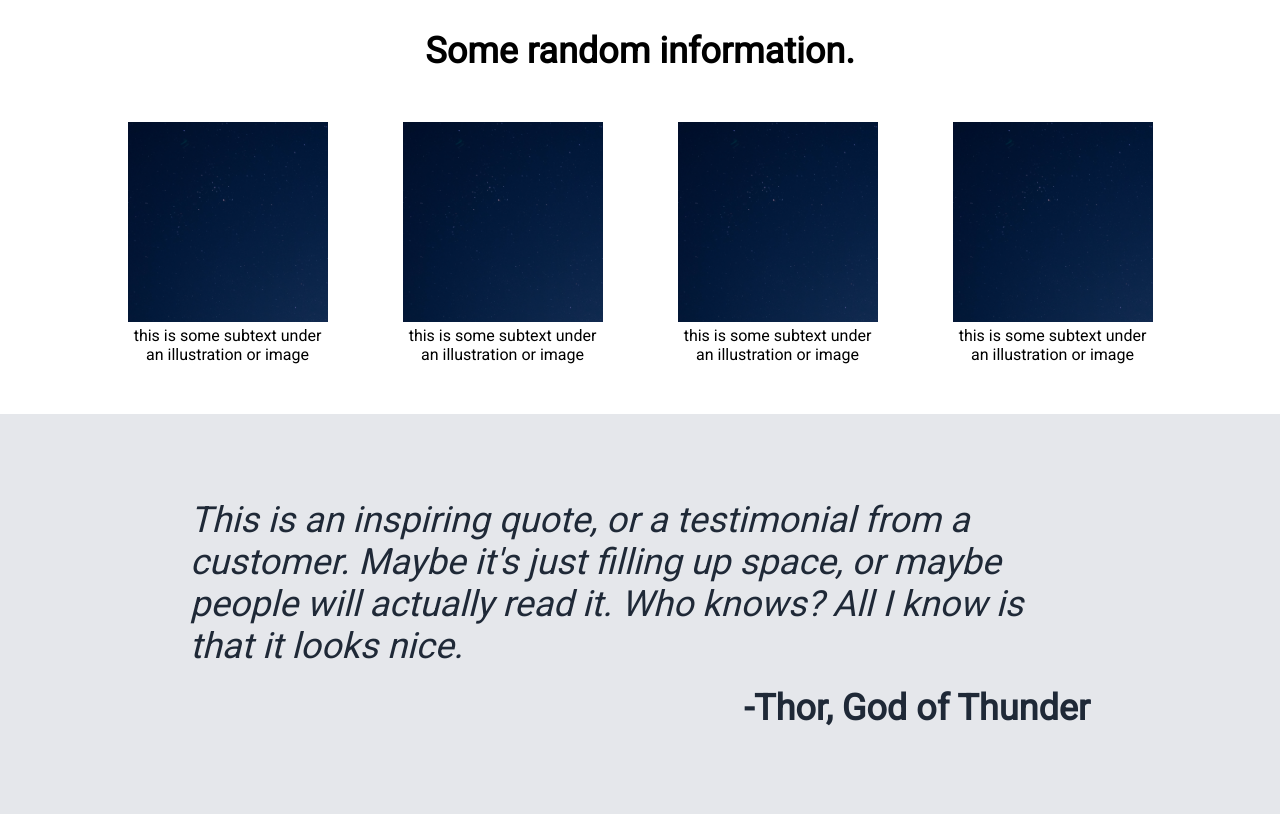
Repository: aaronestre/odin-landingpage
Page: index.html
An editor plug-in stored every save of this project. The page is shown before and after the next save, followed by the edit.
The browser window is 1280 px wide. The pictures show the part of the page from y = 570 to 1384 px (the page is 1384 px tall).
A picture or video elsewhere on the page could not be fetched, so the positions and the page height are approximate.

Above is the page before, as saved 2025-02-12 20:25:41.

After the next save:
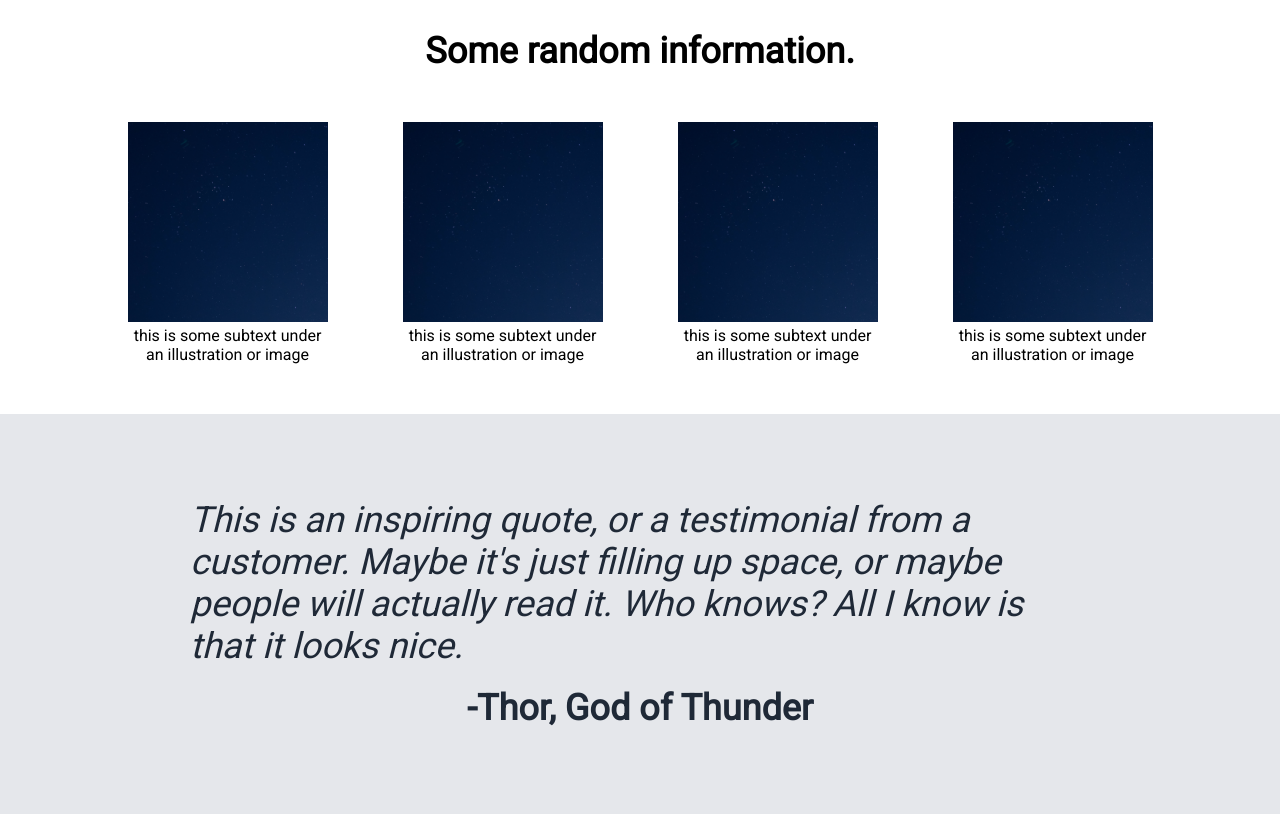
Saved 10 s later.
--- a/index.css
+++ b/index.css
@@ -118,6 +118,5 @@
 
 .quote-author {
     font-weight: bold;
-    width: 900px;
     text-align: right;
 }
